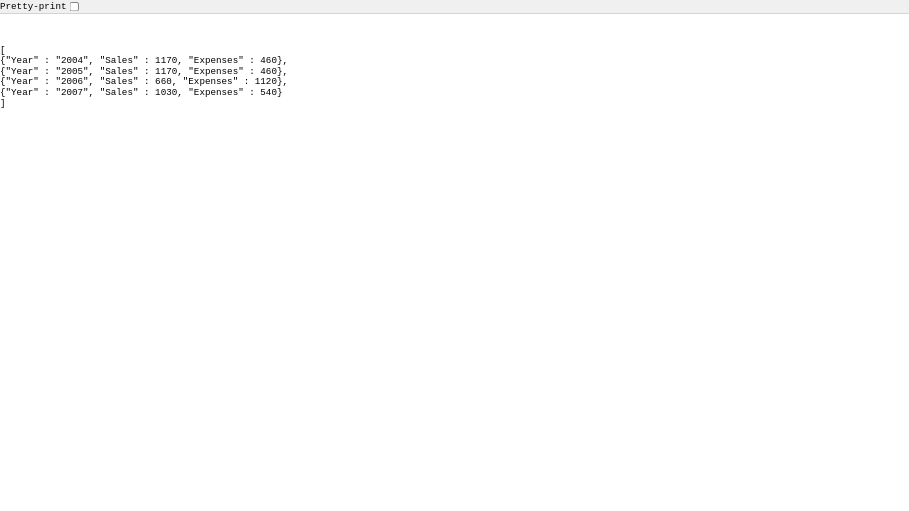
Repository: KYEONGWON-KIM/Project
Page: http://localhost/step02_axiosResponse/axiosPost.jsp
An editor plug-in stored every save of this project. The page is shown before and after the next save, followed by the edit.
The browser window is 1280 px wide. The pictures show the whole page, at 71% of full size.
The page is served by Tomcat 9.

Above is the page before, as saved 2019-09-04 00:20:18.

### 04.JavaScript/step02_axiosResponse/WebContent/axiosPost.jsp
<%@ page language="java" contentType="application/json; charset=UTF-8"
    pageEncoding="UTF-8"%>
<% response.setHeader("Access-Control-Allow-Origin", "*"); %>
[
{"Year" : "2004", "Sales" : 1170, "Expenses" : 460},
{"Year" : "2005", "Sales" : 1170, "Expenses" : 460},
{"Year" : "2006", "Sales" : 660, "Expenses" : 1120},
{"Year" : "2007", "Sales" : 1030, "Expenses" : 540}
]

After the next save:
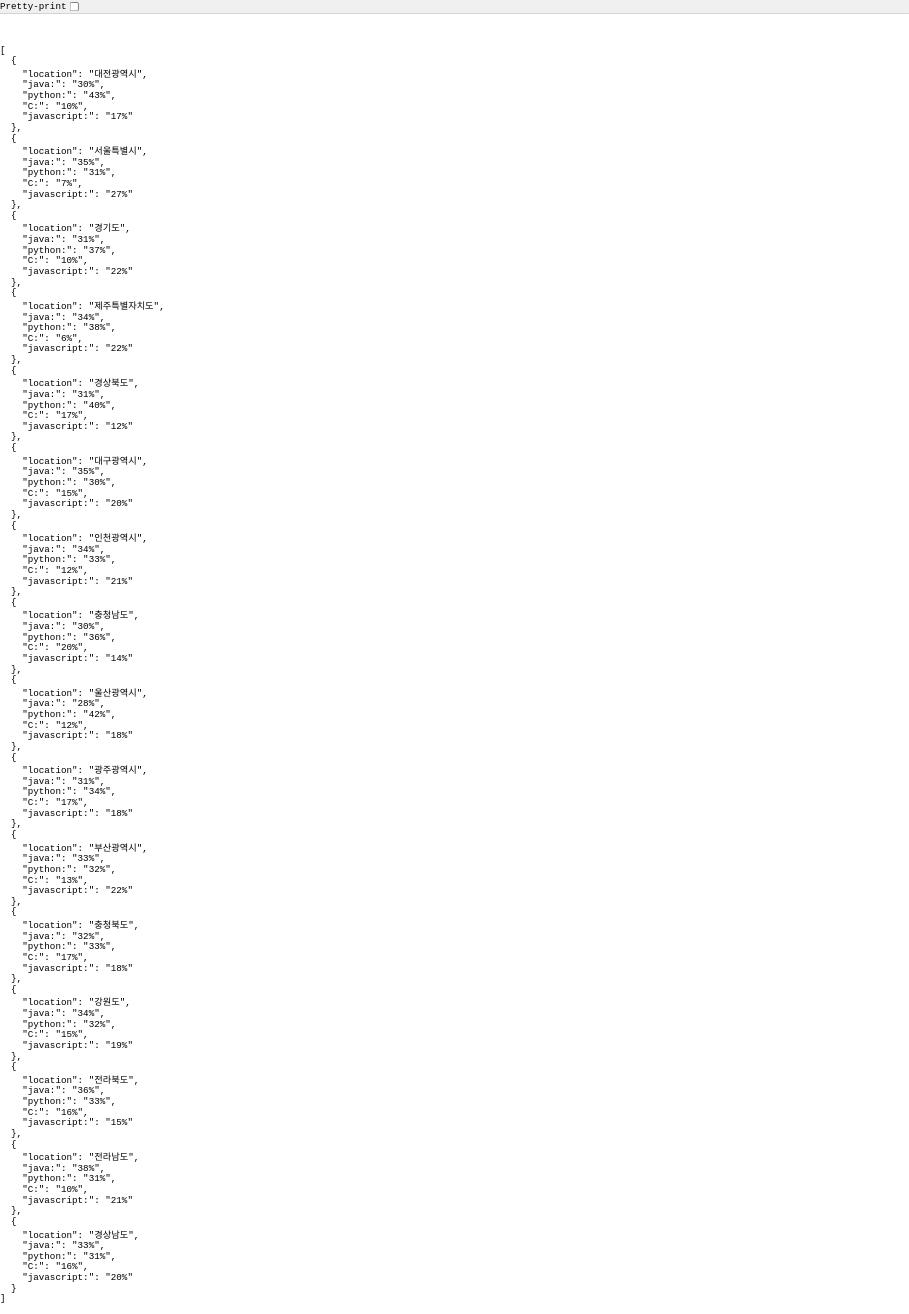
Saved 26 h 40 min later.
--- a/04.JavaScript/step02_axiosResponse/WebContent/axiosPost.jsp
+++ b/04.JavaScript/step02_axiosResponse/WebContent/axiosPost.jsp
@@ -2,8 +2,116 @@
     pageEncoding="UTF-8"%>
 <% response.setHeader("Access-Control-Allow-Origin", "*"); %>
 [
-{"Year" : "2004", "Sales" : 1170, "Expenses" : 460},
-{"Year" : "2005", "Sales" : 1170, "Expenses" : 460},
-{"Year" : "2006", "Sales" : 660, "Expenses" : 1120},
-{"Year" : "2007", "Sales" : 1030, "Expenses" : 540}
+  {
+    "location": "대전광역시",
+    "java:": "30%",
+    "python:": "43%",
+    "C:": "10%",
+    "javascript:": "17%"
+  },
+  {
+    "location": "서울특별시",
+    "java:": "35%",
+    "python:": "31%",
+    "C:": "7%",
+    "javascript:": "27%"
+  },
+  {
+    "location": "경기도",
+    "java:": "31%",
+    "python:": "37%",
+    "C:": "10%",
+    "javascript:": "22%"
+  },
+  {
+    "location": "제주특별자치도",
+    "java:": "34%",
+    "python:": "38%",
+    "C:": "6%",
+    "javascript:": "22%"
+  },
+  {
+    "location": "경상북도",
+    "java:": "31%",
+    "python:": "40%",
+    "C:": "17%",
+    "javascript:": "12%"
+  },
+  {
+    "location": "대구광역시",
+    "java:": "35%",
+    "python:": "30%",
+    "C:": "15%",
+    "javascript:": "20%"
+  },
+  {
+    "location": "인천광역시",
+    "java:": "34%",
+    "python:": "33%",
+    "C:": "12%",
+    "javascript:": "21%"
+  },
+  {
+    "location": "충청남도",
+    "java:": "30%",
+    "python:": "36%",
+    "C:": "20%",
+    "javascript:": "14%"
+  },
+  {
+    "location": "울산광역시",
+    "java:": "28%",
+    "python:": "42%",
+    "C:": "12%",
+    "javascript:": "18%"
+  },
+  {
+    "location": "광주광역시",
+    "java:": "31%",
+    "python:": "34%",
+    "C:": "17%",
+    "javascript:": "18%"
+  },
+  {
+    "location": "부산광역시",
+    "java:": "33%",
+    "python:": "32%",
+    "C:": "13%",
+    "javascript:": "22%"
+  },
+  {
+    "location": "충청북도",
+    "java:": "32%",
+    "python:": "33%",
+    "C:": "17%",
+    "javascript:": "18%"
+  },
+  {
+    "location": "강원도",
+    "java:": "34%",
+    "python:": "32%",
+    "C:": "15%",
+    "javascript:": "19%"
+  },
+  {
+    "location": "전라북도",
+    "java:": "36%",
+    "python:": "33%",
+    "C:": "16%",
+    "javascript:": "15%"
+  },
+  {
+    "location": "전라남도",
+    "java:": "38%",
+    "python:": "31%",
+    "C:": "10%",
+    "javascript:": "21%"
+  },
+  {
+    "location": "경상남도",
+    "java:": "33%",
+    "python:": "31%",
+    "C:": "16%",
+    "javascript:": "20%"
+  }
 ]
